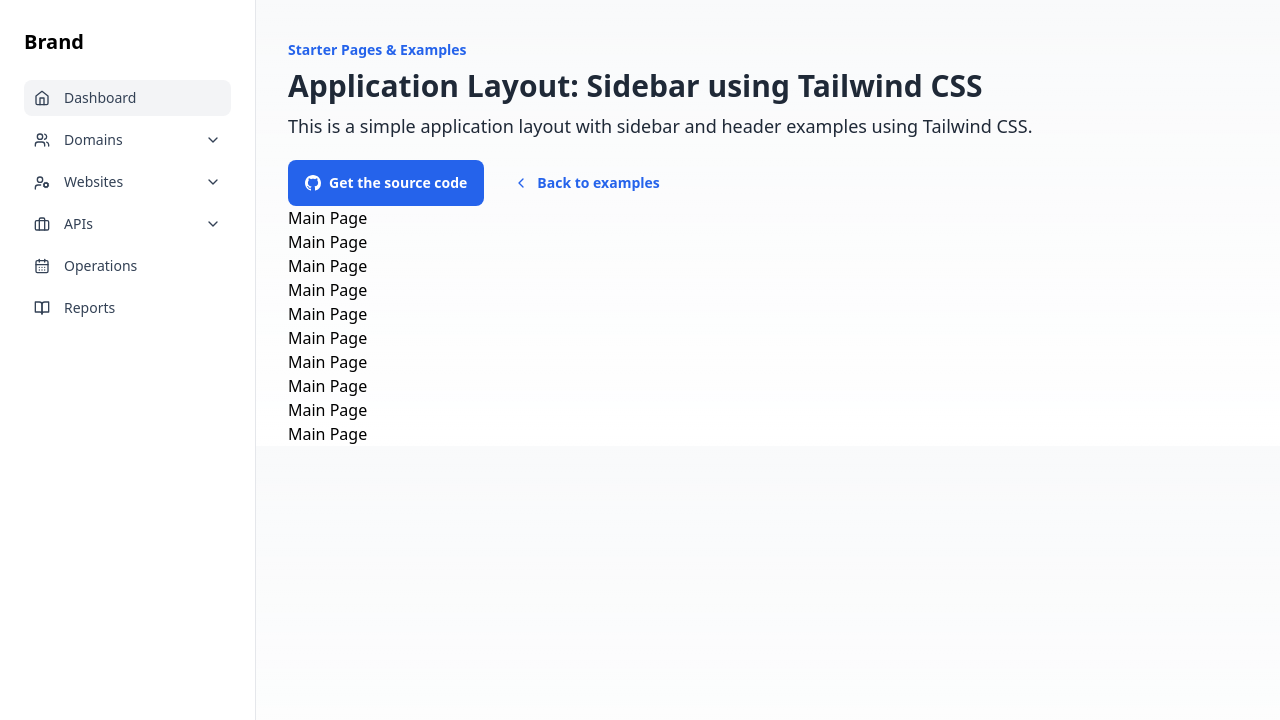
Repository: prodigytutor/my-app
Page: /
The author's editor kept a copy of each file at every save. The page is drawn from the files as they stood at one save, then again after a run of saves.
The browser window is 1280 px wide. The pictures show the whole page.
The project was rebuilt for these pictures with package versions that can differ from the ones it lists, and the page was loaded fresh each time. The framework's server and built-in components were replaced by stand-ins that run in the browser. Also part of the build but not shown: next.config.js.

Above is the page before, as saved 2023-12-07 14:36:04.

### src/app/layout.tsx
import type { Metadata } from 'next'
import { Inter } from 'next/font/google'
import './globals.css'
import Header from '../components/Header.tsx'

const inter = Inter({ subsets: ['latin'] })

export const metadata: Metadata = {
  title: 'Create Next App',
  description: 'Generated by create next app',
}

export default function RootLayout({
  children,
}: {
  children: React.ReactNode
}) {
  return (
    <html lang="en">
      <body className="bg-gray-50 dark:bg-slate-900 {inter.className}">

  <div className="sticky top-0 inset-x-0 z-20 bg-white border-y px-4 sm:px-6 md:px-8 lg:hidden dark:bg-gray-800 dark:border-gray-700">
    <div className="flex items-center py-4">

      <button type="button" className="text-gray-500 hover:text-gray-600" data-hs-overlay="#application-sidebar" aria-controls="application-sidebar" aria-label="Toggle navigation">
        <span className="sr-only">Toggle Navigation</span>
        <svg className="w-5 h-5" width="16" height="16" fill="currentColor" viewBox="0 0 16 16">
          <path fill-rule="evenodd" d="M2.5 12a.5.5 0 0 1 .5-.5h10a.5.5 0 0 1 0 1H3a.5.5 0 0 1-.5-.5zm0-4a.5.5 0 0 1 .5-.5h10a.5.5 0 0 1 0 1H3a.5.5 0 0 1-.5-.5zm0-4a.5.5 0 0 1 .5-.5h10a.5.5 0 0 1 0 1H3a.5.5 0 0 1-.5-.5z"/>
        </svg>
      </button>

      <ol className="ms-3 flex items-center whitespace-nowrap" aria-label="Breadcrumb">
        <li className="flex items-center text-sm text-gray-800 dark:text-gray-400">
          Application Layout
          <svg className="flex-shrink-0 mx-3 overflow-visible h-2.5 w-2.5 text-gray-400 dark:text-gray-600" width="16" height="16" viewBox="0 0 16 16" fill="none" xmlns="http://www.w3.org/2000/svg">
            <path d="M5 1L10.6869 7.16086C10.8637 7.35239 10.8637 7.64761 10.6869 7.83914L5 14" stroke="currentColor" stroke-width="2" stroke-linecap="round"/>
          </svg>
        </li>
        <li className="text-sm font-semibold text-gray-800 truncate dark:text-gray-400" aria-current="page">
          Dashboard
        </li>
      </ol>
    </div>
  </div>


  <div id="application-sidebar" className="hs-overlay hs-overlay-open:translate-x-0 -translate-x-full transition-all duration-300 transform hidden fixed top-0 start-0 bottom-0 z-[60] w-64 bg-white border-e border-gray-200 pt-7 pb-10 overflow-y-auto lg:block lg:translate-x-0 lg:end-auto lg:bottom-0 [&::-webkit-scrollbar]:w-2 [&::-webkit-scrollbar-thumb]:rounded-full [&::-webkit-scrollbar-track]:bg-gray-100 [&::-webkit-scrollbar-thumb]:bg-gray-300 dark:[&::-webkit-scrollbar-track]:bg-slate-700 dark:[&::-webkit-scrollbar-thumb]:bg-slate-500 dark:bg-gray-800 dark:border-gray-700">
    <div className="px-6">
      <a className="flex-none text-xl font-semibold dark:text-white" href="#" aria-label="Brand">Brand</a>
    </div>

    <nav className="hs-accordion-group p-6 w-full flex flex-col flex-wrap" data-hs-accordion-always-open>
      <ul className="space-y-1.5">
        <li>
          <a className="flex items-center gap-x-3.5 py-2 px-2.5 bg-gray-100 text-sm text-slate-700 rounded-lg hover:bg-gray-100 dark:bg-gray-900 dark:text-white dark:focus:outline-none dark:focus:ring-1 dark:focus:ring-gray-600" href="#">
            <svg className="flex-shrink-0 w-4 h-4" xmlns="http://www.w3.org/2000/svg" width="24" height="24" viewBox="0 0 24 24" fill="none" stroke="currentColor" stroke-width="2" stroke-linecap="round" stroke-linejoin="round" ><path d="m3 9 9-7 9 7v11a2 2 0 0 1-2 2H5a2 2 0 0 1-2-2z"/><polyline points="9 22 9 12 15 12 15 22"/></svg>
            Dashboard
          </a>
        </li>

        <li className="hs-accordion" id="users-accordion">
          <button type="button" className="hs-accordion-toggle w-full text-start flex items-center gap-x-3.5 py-2 px-2.5 hs-accordion-active:text-blue-600 hs-accordion-active:hover:bg-transparent text-sm text-slate-700 rounded-lg hover:bg-gray-100 dark:bg-gray-800 dark:hover:bg-gray-900 dark:text-slate-400 dark:hover:text-slate-300 dark:hs-accordion-active:text-white dark:focus:outline-none dark:focus:ring-1 dark:focus:ring-gray-600">
            <svg className="flex-shrink-0 w-4 h-4" xmlns="http://www.w3.org/2000/svg" width="24" height="24" viewBox="0 0 24 24" fill="none" stroke="currentColor" stroke-width="2" stroke-linecap="round" stroke-linejoin="round" ><path d="M16 21v-2a4 4 0 0 0-4-4H6a4 4 0 0 0-4 4v2"/><circle cx="9" cy="7" r="4"/><path d="M22 21v-2a4 4 0 0 0-3-3.87"/><path d="M16 3.13a4 4 0 0 1 0 7.75"/></svg>
            Domains

            <svg className="hs-accordion-active:block ms-auto hidden w-4 h-4" xmlns="http://www.w3.org/2000/svg" width="24" height="24" viewBox="0 0 24 24" fill="none" stroke="currentColor" stroke-width="2" stroke-linecap="round" stroke-linejoin="round"><path d="m18 15-6-6-6 6"/></svg>

            <svg className="hs-accordion-active:hidden ms-auto block w-4 h-4" xmlns="http://www.w3.org/2000/svg" width="24" height="24" viewBox="0 0 24 24" fill="none" stroke="currentColor" stroke-width="2" stroke-linecap="round" stroke-linejoin="round"><path d="m6 9 6 6 6-6"/></svg>
          </button>

          <div id="users-accordion-sub" className="hs-accordion-content w-full overflow-hidden transition-[height] duration-300 hidden">
            <ul className="hs-accordion-group ps-3 pt-2" data-hs-accordion-always-open>
              <li className="hs-accordion" id="users-accordion-sub-1">
                <button type="button" className="hs-accordion-toggle w-full text-start flex items-center gap-x-3.5 py-2 px-2.5 hs-accordion-active:text-blue-600 hs-accordion-active:hover:bg-transparent text-sm text-slate-700 rounded-lg hover:bg-gray-100 dark:bg-gray-800 dark:hover:bg-gray-900 dark:text-slate-400 dark:hover:text-slate-300 dark:hs-accordion-active:text-white dark:focus:outline-none dark:focus:ring-1 dark:focus:ring-gray-600">
                  Add New

                  <svg className="hs-accordion-active:block ms-auto hidden w-4 h-4" xmlns="http://www.w3.org/2000/svg" width="24" height="24" viewBox="0 0 24 24" fill="none" stroke="currentColor" stroke-width="2" stroke-linecap="round" stroke-linejoin="round"><path d="m18 15-6-6-6 6"/></svg>

                  <svg className="hs-accordion-active:hidden ms-auto block w-4 h-4" xmlns="http://www.w3.org/2000/svg" width="24" height="24" viewBox="0 0 24 24" fill="none" stroke="currentColor" stroke-width="2" stroke-linecap="round" stroke-linejoin="round"><path d="m6 9 6 6 6-6"/></svg>
                </button>

                <div id="users-accordion-sub-1-child" className="hs-accordion-content w-full overflow-hidden transition-[height] duration-300 hidden">
                  <ul className="pt-2 ps-2">
                    <li>
                      <a className="flex items-center gap-x-3.5 py-2 px-2.5 text-sm text-slate-700 rounded-lg hover:bg-gray-100 dark:bg-gray-800 dark:text-slate-400 dark:hover:text-slate-300 dark:focus:outline-none dark:focus:ring-1 dark:focus:ring-gray-600" href="#">
                        Link 1
                      </a>
                    </li>
                    <li>
                      <a className="flex items-center gap-x-3.5 py-2 px-2.5 text-sm text-slate-700 rounded-lg hover:bg-gray-100 dark:bg-gray-800 dark:text-slate-400 dark:hover:text-slate-300 dark:focus:outline-none dark:focus:ring-1 dark:focus:ring-gray-600" href="#">
                        Link 2
                      </a>
                    </li>
                    <li>
                      <a className="flex items-center gap-x-3.5 py-2 px-2.5 text-sm text-slate-700 rounded-lg hover:bg-gray-100 dark:bg-gray-800 dark:text-slate-400 dark:hover:text-slate-300 dark:focus:outline-none dark:focus:ring-1 dark:focus:ring-gray-600" href="#">
                        Link 3
                      </a>
                    </li>
                  </ul>
                </div>
              </li>
              <li className="hs-accordion" id="users-accordion-sub-2">
                <button type="button" className="hs-accordion-toggle w-full text-start flex items-center gap-x-3.5 py-2 px-2.5 hs-accordion-active:text-blue-600 hs-accordion-active:hover:bg-transparent text-sm text-slate-700 rounded-lg hover:bg-gray-100 dark:bg-gray-800 dark:hover:bg-gray-900 dark:text-slate-400 dark:hover:text-slate-300 dark:hs-accordion-active:text-white dark:focus:outline-none dark:focus:ring-1 dark:focus:ring-gray-600">
                  Tools

                  <svg className="hs-accordion-active:block ms-auto hidden w-4 h-4" xmlns="http://www.w3.org/2000/svg" width="24" height="24" viewBox="0 0 24 24" fill="none" stroke="currentColor" stroke-width="2" stroke-linecap="round" stroke-linejoin="round"><path d="m18 15-6-6-6 6"/></svg>

                  <svg className="hs-accordion-active:hidden ms-auto block w-4 h-4" xmlns="http://www.w3.org/2000/svg" width="24" height="24" viewBox="0 0 24 24" fill="none" stroke="currentColor" stroke-width="2" stroke-linecap="round" stroke-linejoin="round"><path d="m6 9 6 6 6-6"/></svg>
                </button>

                <div id="users-accordion-sub-2-child" className="hs-accordion-content w-full overflow-hidden transition-[height] duration-300 hidden ps-2">
                  <ul className="pt-2 ps-2">
                    <li>
                      <a className="flex items-center gap-x-3.5 py-2 px-2.5 text-sm text-slate-700 rounded-lg hover:bg-gray-100 dark:bg-gray-800 dark:text-slate-400 dark:hover:text-slate-300 dark:focus:outline-none dark:focus:ring-1 dark:focus:ring-gray-600" href="#">
                        Link 1
                      </a>
                    </li>
                    <li>
                      <a className="flex items-center gap-x-3.5 py-2 px-2.5 text-sm text-slate-700 rounded-lg hover:bg-gray-100 dark:bg-gray-800 dark:text-slate-400 dark:hover:text-slate-300 dark:focus:outline-none dark:focus:ring-1 dark:focus:ring-gray-600" href="#">
                        Link 2
                      </a>
                    </li>
                    <li>
                      <a className="flex items-center gap-x-3.5 py-2 px-2.5 text-sm text-slate-700 rounded-lg hover:bg-gray-100 dark:bg-gray-800 dark:text-slate-400 dark:hover:text-slate-300 dark:focus:outline-none dark:focus:ring-1 dark:focus:ring-gray-600" href="#">
                        Link 3
                      </a>
                    </li>
                  </ul>
                </div>
              </li>
            </ul>
          </div>
        </li>

        <li className="hs-accordion" id="account-accordion">
          <button type="button" className="hs-accordion-toggle w-full text-start flex items-center gap-x-3.5 py-2 px-2.5 hs-accordion-active:text-blue-600 hs-accordion-active:hover:bg-transparent text-sm text-slate-700 rounded-lg hover:bg-gray-100 dark:bg-gray-800 dark:hover:bg-gray-900 dark:text-slate-400 dark:hover:text-slate-300 dark:hs-accordion-active:text-white dark:focus:outline-none dark:focus:ring-1 dark:focus:ring-gray-600">
            <svg className="flex-shrink-0 mt-0.5 w-4 h-4" xmlns="http://www.w3.org/2000/svg" width="24" height="24" viewBox="0 0 24 24" fill="none" stroke="currentColor" stroke-width="2" stroke-linecap="round" stroke-linejoin="round"><circle cx="18" cy="15" r="3"/><circle cx="9" cy="7" r="4"/><path d="M10 15H6a4 4 0 0 0-4 4v2"/><path d="m21.7 16.4-.9-.3"/><path d="m15.2 13.9-.9-.3"/><path d="m16.6 18.7.3-.9"/><path d="m19.1 12.2.3-.9"/><path d="m19.6 18.7-.4-1"/><path d="m16.8 12.3-.4-1"/><path d="m14.3 16.6 1-.4"/><path d="m20.7 13.8 1-.4"/></svg>
            Websites

            <svg className="hs-accordion-active:block ms-auto hidden w-4 h-4" xmlns="http://www.w3.org/2000/svg" width="24" height="24" viewBox="0 0 24 24" fill="none" stroke="currentColor" stroke-width="2" stroke-linecap="round" stroke-linejoin="round"><path d="m18 15-6-6-6 6"/></svg>

            <svg className="hs-accordion-active:hidden ms-auto block w-4 h-4" xmlns="http://www.w3.org/2000/svg" width="24" height="24" viewBox="0 0 24 24" fill="none" stroke="currentColor" stroke-width="2" stroke-linecap="round" stroke-linejoin="round"><path d="m6 9 6 6 6-6"/></svg>
          </button>

          <div id="account-accordion-sub" className="hs-accordion-content w-full overflow-hidden transition-[height] duration-300 hidden">
            <ul className="pt-2 ps-2">
              <li>
                <a className="flex items-center gap-x-3.5 py-2 px-2.5 text-sm text-slate-700 rounded-lg hover:bg-gray-100 dark:bg-gray-800 dark:text-slate-400 dark:hover:text-slate-300 dark:focus:outline-none dark:focus:ring-1 dark:focus:ring-gray-600" href="#">
                  Link 1
                </a>
              </li>
              <li>
                <a className="flex items-center gap-x-3.5 py-2 px-2.5 text-sm text-slate-700 rounded-lg hover:bg-gray-100 dark:bg-gray-800 dark:text-slate-400 dark:hover:text-slate-300 dark:focus:outline-none dark:focus:ring-1 dark:focus:ring-gray-600" href="#">
                  Link 2
                </a>
              </li>
              <li>
                <a className="flex items-center gap-x-3.5 py-2 px-2.5 text-sm text-slate-700 rounded-lg hover:bg-gray-100 dark:bg-gray-800 dark:text-slate-400 dark:hover:text-slate-300 dark:focus:outline-none dark:focus:ring-1 dark:focus:ring-gray-600" href="#">
                  Link 3
                </a>
              </li>
            </ul>
          </div>
        </li>

        <li className="hs-accordion" id="projects-accordion">
          <button type="button" className="hs-accordion-toggle w-full text-start flex items-center gap-x-3.5 py-2 px-2.5 hs-accordion-active:text-blue-600 hs-accordion-active:hover:bg-transparent text-sm text-slate-700 rounded-lg hover:bg-gray-100 dark:bg-gray-800 dark:hover:bg-gray-900 dark:text-slate-400 dark:hover:text-slate-300 dark:hs-accordion-active:text-white dark:focus:outline-none dark:focus:ring-1 dark:focus:ring-gray-600">
            <svg className="flex-shrink-0 w-4 h-4" xmlns="http://www.w3.org/2000/svg" width="24" height="24" viewBox="0 0 24 24" fill="none" stroke="currentColor" stroke-width="2" stroke-linecap="round" stroke-linejoin="round"><rect width="20" height="14" x="2" y="7" rx="2" ry="2"/><path d="M16 21V5a2 2 0 0 0-2-2h-4a2 2 0 0 0-2 2v16"/></svg>
            APIs

            <svg className="hs-accordion-active:block ms-auto hidden w-4 h-4" xmlns="http://www.w3.org/2000/svg" width="24" height="24" viewBox="0 0 24 24" fill="none" stroke="currentColor" stroke-width="2" stroke-linecap="round" stroke-linejoin="round"><path d="m18 15-6-6-6 6"/></svg>

            <svg className="hs-accordion-active:hidden ms-auto block w-4 h-4" xmlns="http://www.w3.org/2000/svg" width="24" height="24" viewBox="0 0 24 24" fill="none" stroke="currentColor" stroke-width="2" stroke-linecap="round" stroke-linejoin="round"><path d="m6 9 6 6 6-6"/></svg>
          </button>

          <div id="projects-accordion-sub" className="hs-accordion-content w-full overflow-hidden transition-[height] duration-300 hidden">
            <ul className="pt-2 ps-2">
              <li>
                <a className="flex items-center gap-x-3.5 py-2 px-2.5 text-sm text-slate-700 rounded-lg hover:bg-gray-100 dark:bg-gray-800 dark:text-slate-400 dark:hover:text-slate-300 dark:focus:outline-none dark:focus:ring-1 dark:focus:ring-gray-600" href="#">
                  Link 1
                </a>
              </li>
              <li>
                <a className="flex items-center gap-x-3.5 py-2 px-2.5 text-sm text-slate-700 rounded-lg hover:bg-gray-100 dark:bg-gray-800 dark:text-slate-400 dark:hover:text-slate-300 dark:focus:outline-none dark:focus:ring-1 dark:focus:ring-gray-600" href="#">
                  Link 2
                </a>
              </li>
              <li>
                <a className="flex items-center gap-x-3.5 py-2 px-2.5 text-sm text-slate-700 rounded-lg hover:bg-gray-100 dark:bg-gray-800 dark:text-slate-400 dark:hover:text-slate-300 dark:focus:outline-none dark:focus:ring-1 dark:focus:ring-gray-600" href="#">
                  Link 3
                </a>
              </li>
            </ul>
          </div>
        </li>

        <li><a className="w-full flex items-center gap-x-3.5 py-2 px-2.5 text-sm text-slate-700 rounded-lg hover:bg-gray-100 dark:hover:bg-gray-900 dark:text-slate-400 dark:hover:text-slate-300 dark:focus:outline-none dark:focus:ring-1 dark:focus:ring-gray-600" href="#">
          <svg className="flex-shrink-0 w-4 h-4" xmlns="http://www.w3.org/2000/svg" width="24" height="24" viewBox="0 0 24 24" fill="none" stroke="currentColor" stroke-width="2" stroke-linecap="round" stroke-linejoin="round"><rect width="18" height="18" x="3" y="4" rx="2" ry="2"/><line x1="16" x2="16" y1="2" y2="6"/><line x1="8" x2="8" y1="2" y2="6"/><line x1="3" x2="21" y1="10" y2="10"/><path d="M8 14h.01"/><path d="M12 14h.01"/><path d="M16 14h.01"/><path d="M8 18h.01"/><path d="M12 18h.01"/><path d="M16 18h.01"/></svg>
          Operations
        </a></li>
        <li><a className="w-full flex items-center gap-x-3.5 py-2 px-2.5 text-sm text-slate-700 rounded-lg hover:bg-gray-100 dark:hover:bg-gray-900 dark:text-slate-400 dark:hover:text-slate-300 dark:focus:outline-none dark:focus:ring-1 dark:focus:ring-gray-600" href="#">
          <svg className="flex-shrink-0 w-4 h-4" xmlns="http://www.w3.org/2000/svg" width="24" height="24" viewBox="0 0 24 24" fill="none" stroke="currentColor" stroke-width="2" stroke-linecap="round" stroke-linejoin="round"><path d="M2 3h6a4 4 0 0 1 4 4v14a3 3 0 0 0-3-3H2z"/><path d="M22 3h-6a4 4 0 0 0-4 4v14a3 3 0 0 1 3-3h7z"/></svg>
          Reports
        </a></li>
      </ul>
    </nav>
  </div>
  <div className="w-full pt-10 px-4 sm:px-6 md:px-8 lg:ps-72">
    <Header />
    {children}
  </div>
  <div>

  </div>
</body>
</html>
  )
}

### src/app/page.tsx
import Image from 'next/image'

export default function Home() {
  return (
    <main>
    <p>Main Page</p>
    <p>Main Page</p>
    <p>Main Page</p>
    <p>Main Page</p>
    <p>Main Page</p>
    <p>Main Page</p>
    <p>Main Page</p>
    <p>Main Page</p>
    <p>Main Page</p>
    <p>Main Page</p>
    </main>
   )
}

### src/components/Header.tsx
import * as React from 'react';

export interface IAppProps {
    title: string,
    body: string
}

const header: React.FC<IAppProps> = () => {
    return (
        <header>
        <p className="mb-2 text-sm font-semibold text-blue-600">Starter Pages & Examples</p>
        <h1 className="block text-2xl font-bold text-gray-800 sm:text-3xl dark:text-white">Application Layout: Sidebar using Tailwind CSS</h1>
        <p className="mt-2 text-lg text-gray-800 dark:text-gray-400">This is a simple application layout with sidebar and header examples using Tailwind CSS.</p>
        <div className="mt-5 flex flex-col items-center gap-2 sm:flex-row sm:gap-3">
          <a className="w-full sm:w-auto py-3 px-4 inline-flex justify-center items-center gap-x-2 text-sm font-semibold rounded-lg border border-transparent bg-blue-600 text-white hover:bg-blue-700 disabled:opacity-50 disabled:pointer-events-none dark:focus:outline-none dark:focus:ring-1 dark:focus:ring-gray-600" href="https://github.com/htmlstreamofficial/preline/tree/main/examples/html" target="_blank">
            <svg className="flex-shrink-0 w-4 h-4" xmlns="http://www.w3.org/2000/svg" width="16" height="16" fill="currentColor" viewBox="0 0 16 16">
              <path d="M8 0C3.58 0 0 3.58 0 8c0 3.54 2.29 6.53 5.47 7.59.4.07.55-.17.55-.38 0-.19-.01-.82-.01-1.49-2.01.37-2.53-.49-2.69-.94-.09-.23-.48-.94-.82-1.13-.28-.15-.68-.52-.01-.53.63-.01 1.08.58 1.23.82.72 1.21 1.87.87 2.33.66.07-.52.28-.87.51-1.07-1.78-.2-3.64-.89-3.64-3.95 0-.87.31-1.59.82-2.15-.08-.2-.36-1.02.08-2.12 0 0 .67-.21 2.2.82.64-.18 1.32-.27 2-.27.68 0 1.36.09 2 .27 1.53-1.04 2.2-.82 2.2-.82.44 1.1.16 1.92.08 2.12.51.56.82 1.27.82 2.15 0 3.07-1.87 3.75-3.65 3.95.29.25.54.73.54 1.48 0 1.07-.01 1.93-.01 2.2 0 .21.15.46.55.38A8.012 8.012 0 0 0 16 8c0-4.42-3.58-8-8-8z"/>
            </svg>
            Get the source code
          </a>
          <a className="w-full sm:w-auto py-3 px-4 inline-flex justify-center items-center gap-x-2 text-sm font-semibold rounded-lg border border-transparent text-blue-600 hover:text-blue-800 disabled:opacity-50 disabled:pointer-events-none dark:text-blue-500 dark:hover:text-blue-400 dark:focus:outline-none dark:focus:ring-1 dark:focus:ring-gray-600" href="../examples.html">
            <svg className="flex-shrink-0 w-4 h-4" xmlns="http://www.w3.org/2000/svg" width="24" height="24" viewBox="0 0 24 24" fill="none" stroke="currentColor" stroke-width="2" stroke-linecap="round" stroke-linejoin="round"><path d="m15 18-6-6 6-6"/></svg>
            Back to examples
          </a>
        </div>
      </header>
    );
  }

export default header;

Loaded but not shown: src/app/globals.css (common file); tailwind.config.ts (common file)

After the next 2 saves:
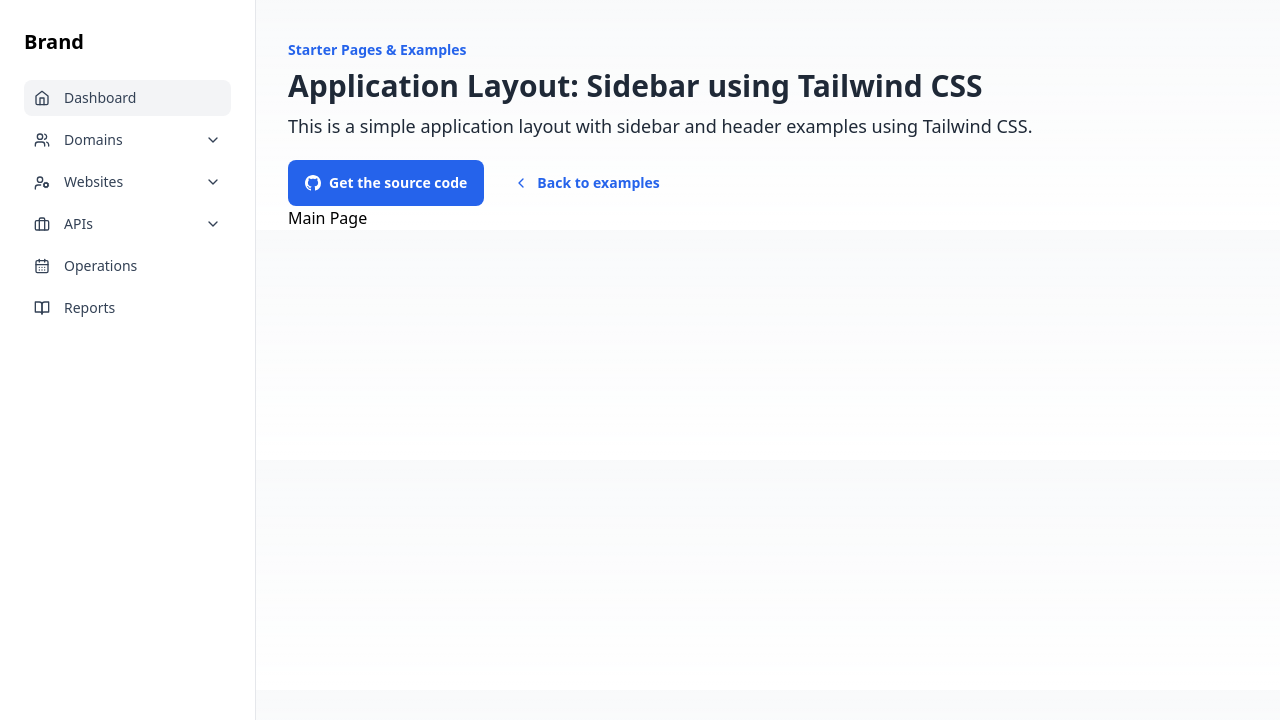
The 2 saves are shown as one change because they came seconds apart.
The last was saved 102 s later.
--- a/src/app/page.tsx
+++ b/src/app/page.tsx
@@ -4,15 +4,6 @@ export default function Home() {
   return (
     <main>
     <p>Main Page</p>
-    <p>Main Page</p>
-    <p>Main Page</p>
-    <p>Main Page</p>
-    <p>Main Page</p>
-    <p>Main Page</p>
-    <p>Main Page</p>
-    <p>Main Page</p>
-    <p>Main Page</p>
-    <p>Main Page</p>
     </main>
    )
 }
